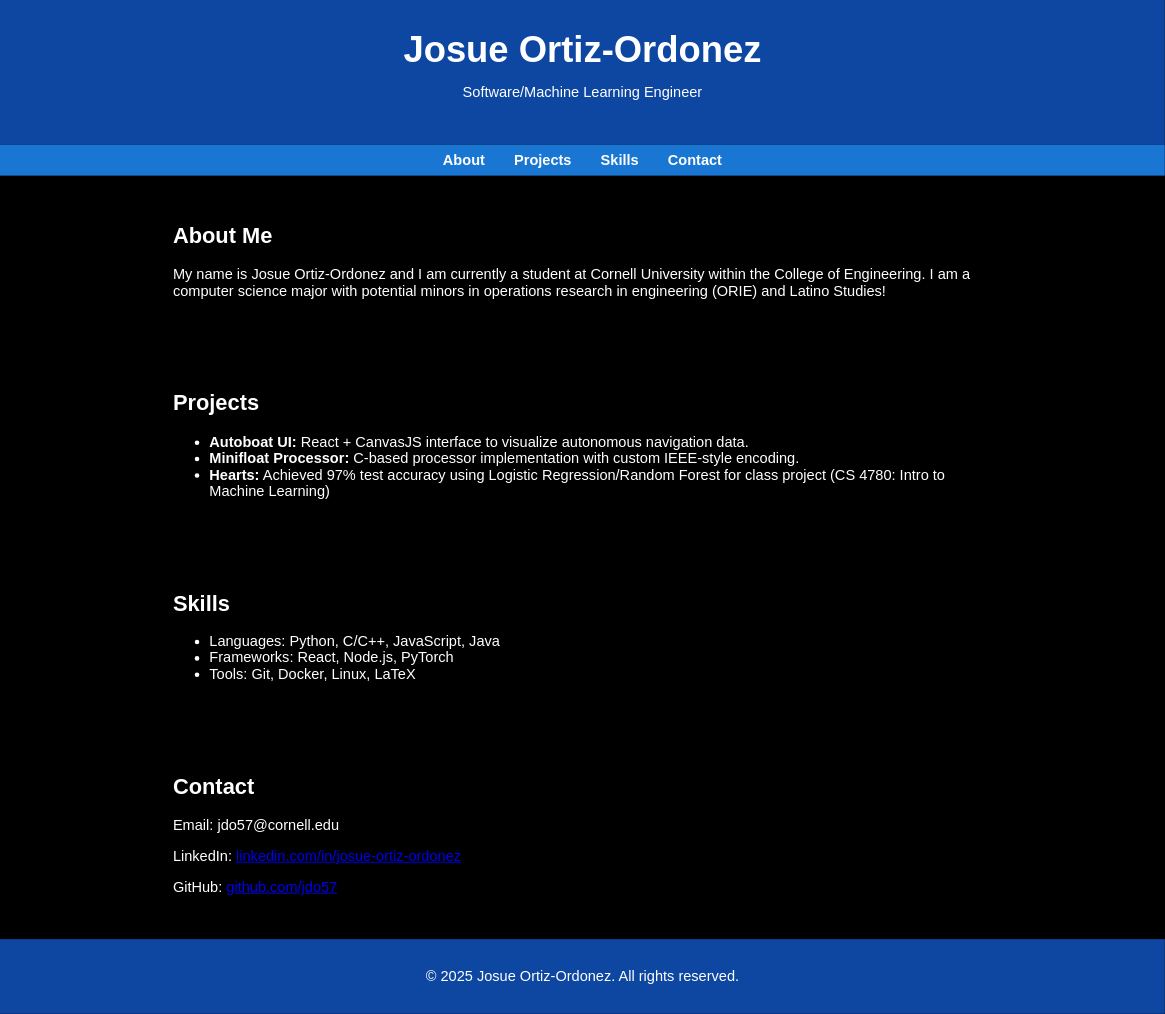
Repository: jdo57/Website
Page: index.html
These files come from the project's save history. The page is drawn as it stood at one moment and after a run of saves; the edit follows.
The browser window is 1280 px wide. The pictures show the whole page, at 91% of full size.

Above is the page before, as saved 2025-05-26 01:19:54.

### index.html
<!DOCTYPE html>
<html lang="en">
<head>
  <meta charset="UTF-8" />
  <meta name="viewport" content="width=device-width, initial-scale=1.0" />
  <title>Josue Ortiz-Ordonez | Portfolio</title>
  <style>
    :root {
      --primary-color: #0d47a1;
      --background-color: #000000;
      --text-color: #ffffff;
      --accent-color: #1976d2;
    }

    body {
      margin: 0;
      font-family: Arial, sans-serif;
      background-color: var(--background-color);
      color: var(--text-color);
    }

    header {
      background-color: var(--primary-color);
      padding: 2rem;
      text-align: center;
    }

    header h1 {
      margin: 0;
      font-size: 2.5rem;
    }

    nav {
      display: flex;
      justify-content: center;
      background-color: var(--accent-color);
      padding: 0.5rem;
    }

    nav a {
      margin: 0 1rem;
      color: white;
      text-decoration: none;
      font-weight: bold;
    }

    nav a:hover {
      text-decoration: underline;
    }

    section {
      padding: 2rem;
      max-width: 900px;
      margin: auto;
    }

    footer {
      background-color: var(--primary-color);
      color: white;
      text-align: center;
      padding: 1rem;
      position: relative;
    }

  </style>
</head>
<body>
  <header>
    <h1>Josue Ortiz-Ordonez</h1>
    <p>Software/Machine Learning Engineer</p>
  </header>

  <nav>
    <a href="#about">About</a>
    <a href="#projects">Projects</a>
    <a href="#skills">Skills</a>
    <a href="#contact">Contact</a>
  </nav>

  <section id="about">
    <h2>About Me</h2>
    <p>
      My name is Josue Ortiz-Ordonez and I am currently a student at Cornell University within
      the College of Engineering. I am a computer science major with potential minors in operations
      research in engineering (ORIE) and Latino Studies!
    </p>
  </section>

  <section id="projects">
    <h2>Projects</h2>
    <ul>
      <li><strong>Autoboat UI:</strong> React + CanvasJS interface to visualize autonomous navigation data.</li>
      <li><strong>Minifloat Processor:</strong> C-based processor implementation with custom IEEE-style encoding.</li>
      <li><strong>Hearts:</strong> Achieved 97% test accuracy using Logistic Regression/Random Forest for
      class project
      (CS 4780: Intro to Machine Learning)</li>
    </ul>
  </section>

  <section id="skills">
    <h2>Skills</h2>
    <ul>
      <li>Languages: Python, C/C++, JavaScript, Java</li>
      <li>Frameworks: React, Node.js, PyTorch</li>
      <li>Tools: Git, Docker, Linux, LaTeX</li>
    </ul>
  </section>

  <section id="contact">
    <h2>Contact</h2>
    <p>Email: jdo57@cornell.edu</p>
    <p>LinkedIn: <a href="https://www.linkedin.com/in/josue-ortiz-ordonez/" target="_blank">linkedin.com/in/josue-ortiz-ordonez</a></p>
    <p>GitHub: <a href="https://github.com/jdo57" target="_blank">github.com/jdo57</a></p>
  </section>

  <footer>
    <p>&copy; 2025 Josue Ortiz-Ordonez. All rights reserved.</p>
  </footer>
</body>
</html>

After the next 3 saves:
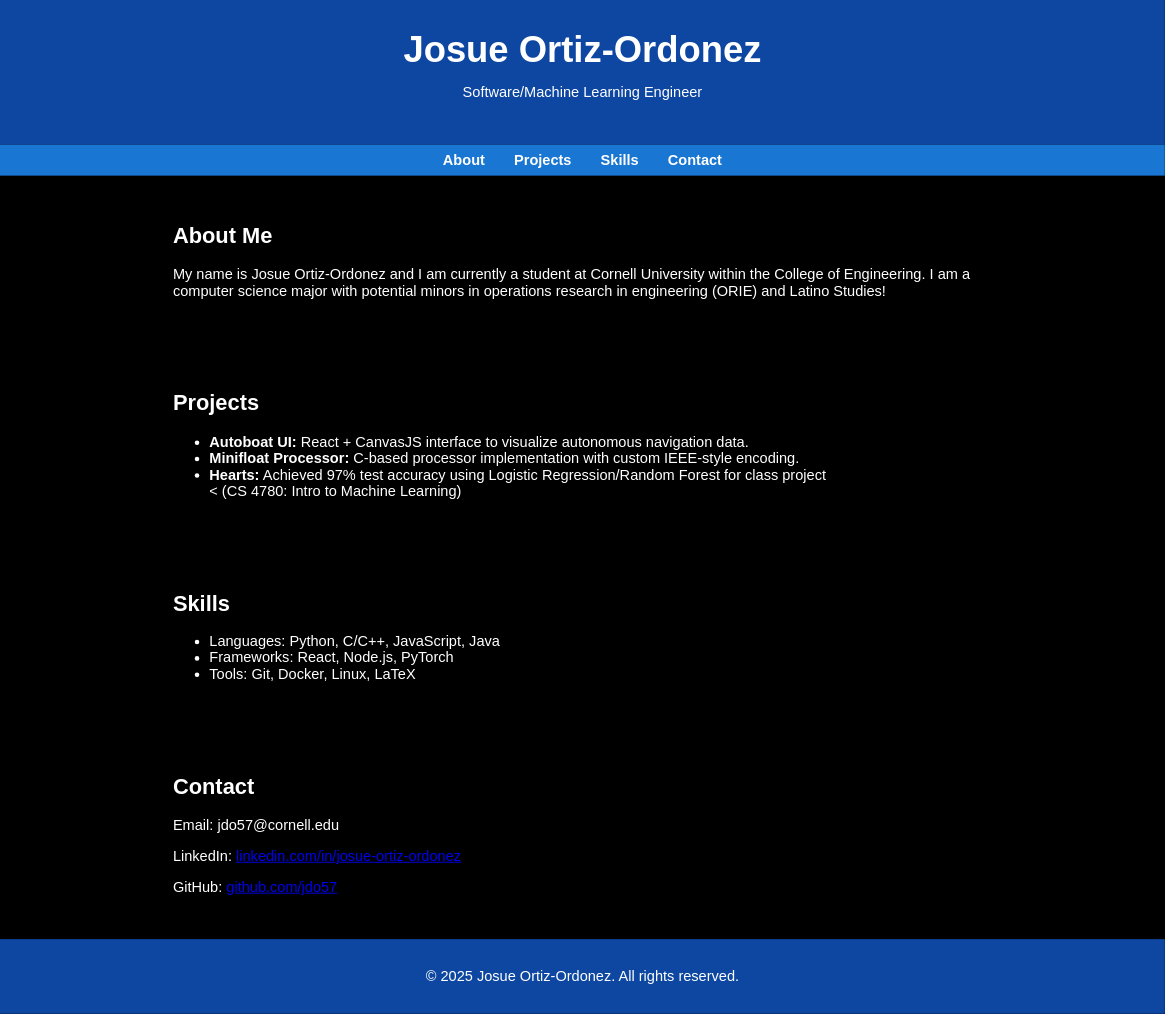
The 3 saves are shown as one change because they came seconds apart.
The last was saved 23 s later.
--- a/index.html
+++ b/index.html
@@ -92,8 +92,8 @@
       <li><strong>Autoboat UI:</strong> React + CanvasJS interface to visualize autonomous navigation data.</li>
       <li><strong>Minifloat Processor:</strong> C-based processor implementation with custom IEEE-style encoding.</li>
       <li><strong>Hearts:</strong> Achieved 97% test accuracy using Logistic Regression/Random Forest for
-      class project
-      (CS 4780: Intro to Machine Learning)</li>
+      class project </li>
+     < (CS 4780: Intro to Machine Learning)
     </ul>
   </section>
 
